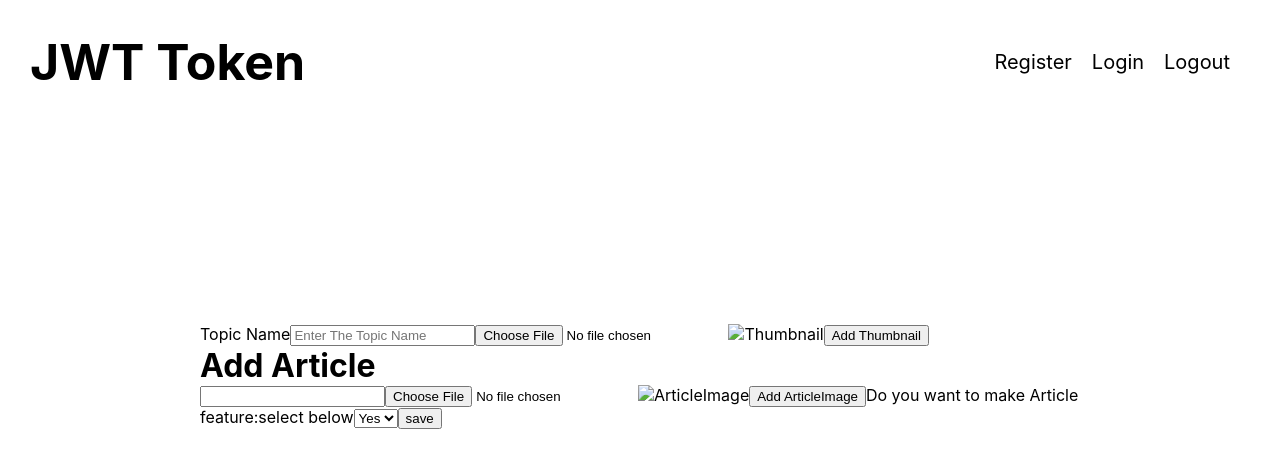
Repository: Prafullkuma/jwttoken
Page: /admin
An editor plug-in stored every save of this project. The page is shown before and after the next save, followed by the edit.
The browser window is 1280 px wide. The pictures show the whole page.
The project was rebuilt for these pictures with package versions that can differ from the ones it lists, and the page was loaded fresh each time. Also part of the build but not shown: src/App.css, src/component/Auth/Signup.js, src/component/Auth/Signin.js, src/component/User/User.js, src/component/Home/Home.js, src/component/Auth/Logout.js.

Above is the page before, as saved 2020-08-22 21:41:45.

### src/App.js
import React from 'react';
import { BrowserRouter, Route } from 'react-router-dom'
import './App.css';
import Navbar from './component/Navbar'
import Signup from './component/Auth/Signup';
import Signin from './component/Auth/Signin';
import User from './component/User/User';
import Dashboard from './component/Admin/Dashboard';
import Home from './component/Home/Home';
import Logout from './component/Auth/Logout'
function App() {
  return (
    <div className="App">
      <BrowserRouter>
        <Navbar />
        <Route path="/signup" component={Signup} />
        <Route path="/signin" component={Signin} />
        <Route path="logout" component={Logout} />
        <Route path="/user" component={User} />
        <Route path="/admin" component={Dashboard} />
        <Route exact path="/" component={Home} />
      </BrowserRouter>
    </div>
  );
}

export default App;

### src/component/Navbar.js
import React from 'react'
import { Link } from 'react-router-dom'
import './Navbar.css'
function Navbar() {
    return (
        <div>
            <section className="Nav">
                <h1> <Link to="/">JWT Token</Link></h1>
                <nav className="navbar-items">
                    <ul>
                        <li><Link to="/signup">Register</Link></li>
                        <li><Link to="/signin">Login</Link></li>
                        <li><Link to="/">Logout</Link></li>
                    </ul>

                </nav>
            </section>
        </div>
    )
}

export default Navbar

### src/component/Admin/Dashboard.js
import React, { useState } from 'react'
import './Dashboard.css'
function Dashboard() {
    const [topic, setTopic] = useState('')
    const [thumbnail, setThumbnail] = useState()
    const [title, setTitle] = useState('')
    const [articleImage, setArticleImage] = useState('')
    const [feature, setFeature] = useState('')
    const [flag, setFlag] = useState(false)
    const addThumbnail = (e) => {
        console.log(e.target.file)
    }
    const addArticleImage = () => {

    }
    const saveAllData = () => {

    }
    return (
        <div className="Dashboard">
            <div className="Topic_name">
                <label id="topic">Topic Name</label>
                <input for="topic" type="text"
                    value={topic}
                    onChange={e => setTopic(e.target.value)}
                    placeholder="Enter The Topic Name" />
                <input type="file"
                    value={thumbnail}
                    onChange={e => setThumbnail(e.target.value)} />
                <img src="" alt="Thumbnail" />
                <button onClick={addThumbnail}> Add Thumbnail</button>

            </div>
            <div className="ArticleName">
                <h1> Add Article</h1>
                <input type="text"
                    value={title}
                    onChange={e => setTitle(e.target.value)} />

                <input type="file"
                    value={articleImage}
                    onChange={e => setArticleImage(e.target.value)} />
                <img src="" alt="ArticleImage" />
                <button onClick={addArticleImage}> Add ArticleImage</button>
                <span>Do you want to make Article feature:select below</span>
                <select value={feature} onChange={e => setFeature(e.target.value)}>
                    <option selected value="yes">Yes</option>
                    <option value="no">No</option>
                </select>

                <button type="submit" onClick={saveAllData}> save</button>
            </div>

        </div>
    )
}

export default Dashboard

### src/component/Navbar.css
.Nav{
display: flex;
align-items: center;
justify-content: space-between;
padding: 30px;
}
ul,li{
    list-style: none;
    float: left;
    margin: 10px;
    font-size: 20px;
}
.Nav h1{
    font-size: 50px;
}
.Nav a{
    text-decoration: none;
    color:black
}
.navbar-items{
    display: flex;
}

### src/component/Admin/Dashboard.css
.Dashboard{
    margin-top: 100px;
    display: flex;
    flex-direction: column;
    margin: 200px 200px;
}

Loaded but not shown: src/index.js (common file); src/index.css (common file)

After the next save:
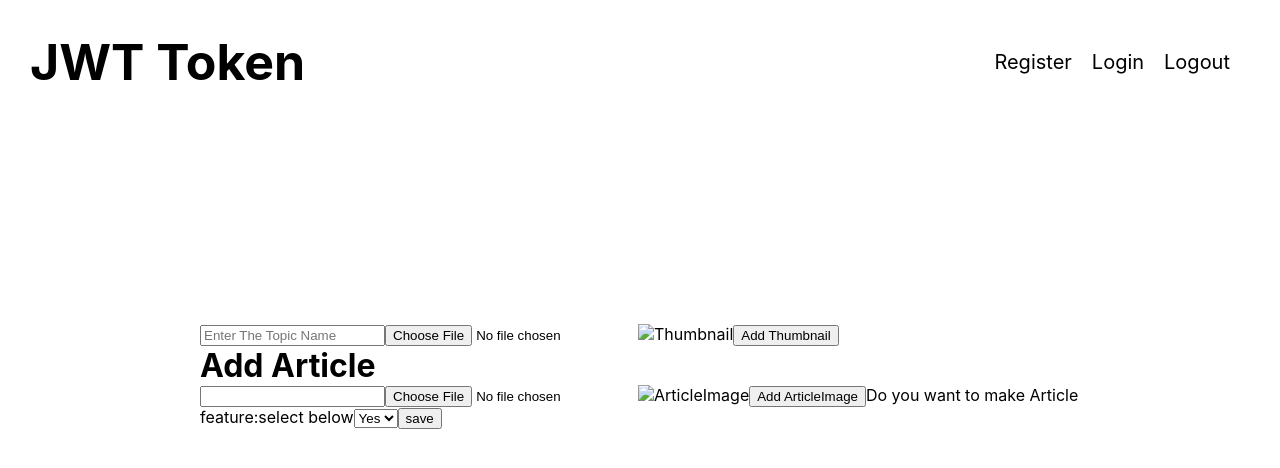
Saved 20 s later.
--- a/src/component/Admin/Dashboard.js
+++ b/src/component/Admin/Dashboard.js
@@ -19,7 +19,6 @@ function Dashboard() {
     return (
         <div className="Dashboard">
             <div className="Topic_name">
-                <label id="topic">Topic Name</label>
                 <input for="topic" type="text"
                     value={topic}
                     onChange={e => setTopic(e.target.value)}
